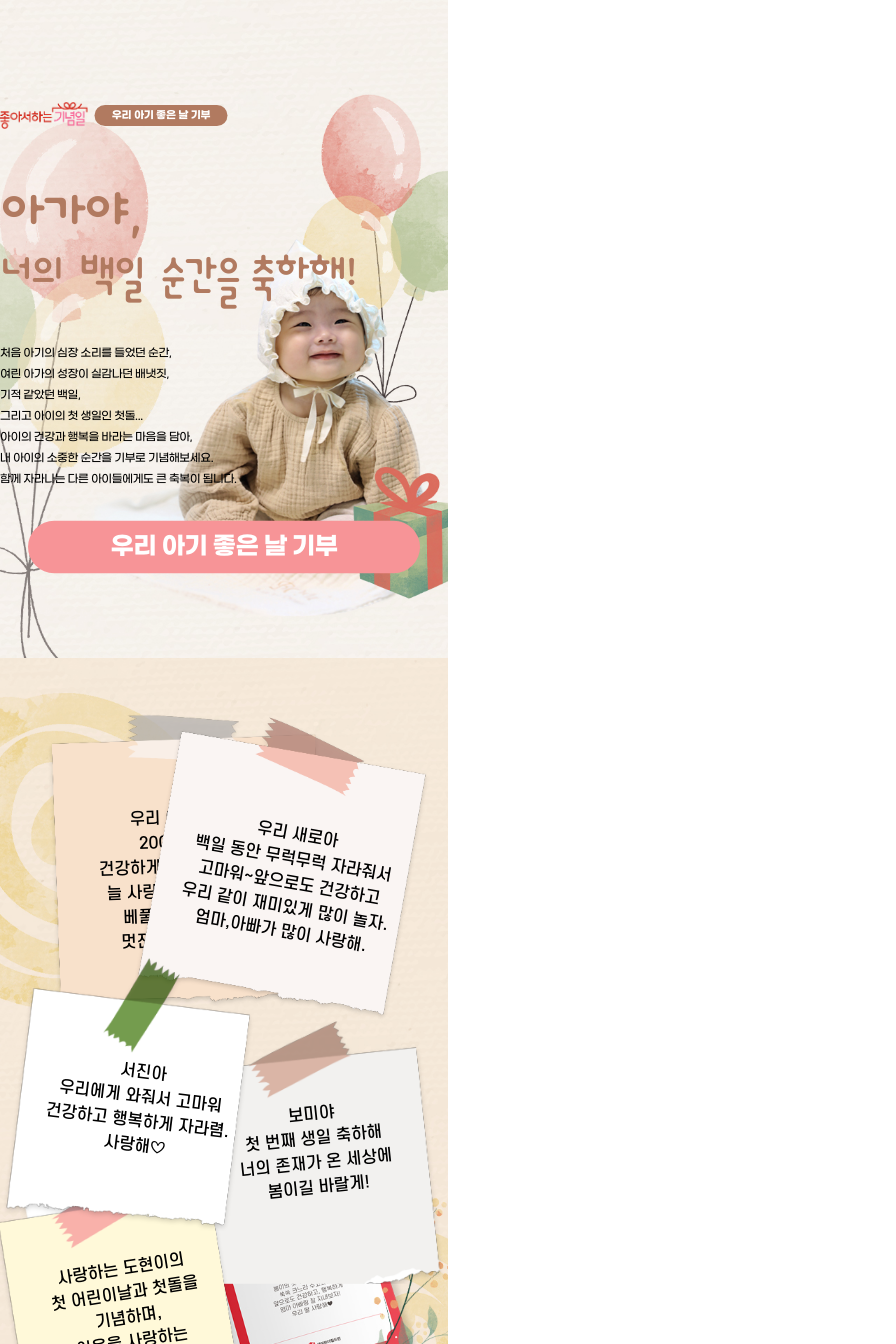
Repository: dlgywls1130/save_children_m
Page: index.html
An editor plug-in stored every save of this project. The page is shown before and after the next save, followed by the edit.
The browser window is 1280 px wide. The pictures show the part of the page from y = 0 to 1920 px (the page is 8198 px tall), at 70% of full size.

Above is the page before, as saved 2023-12-13 18:43:07.

After the next save:
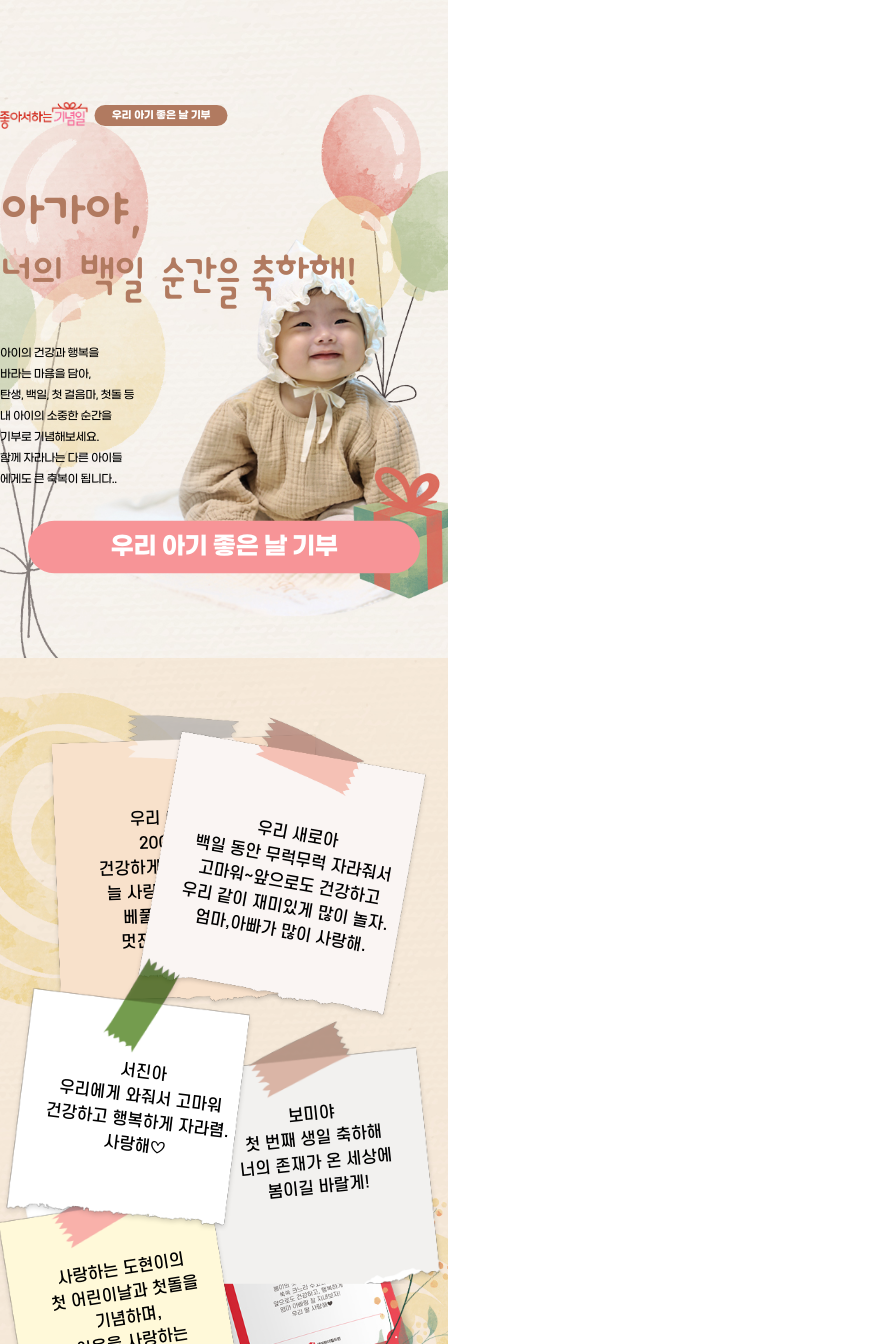
Saved 8 s later.
--- a/index.html
+++ b/index.html
@@ -26,15 +26,13 @@
                     너의 <span id="rollingText">탄생</span> 순간을 축하해!
                 </p>
                 <p class="section_descript mb-45">
-                    처음 아기의 심장 소리를 들었던 순간,
-                    <br>여린 아가의 성장이 실감나던 배냇짓,
-                    <br>기적 같았던 백일,
-                    <br>그리고 아이의 첫 생일인 첫돌...
-                </p>
-                <p class="section_descript">
-                    아이의 건강과 행복을 바라는 마음을 담아,
-                    <br>내 아이의 소중한 순간을 기부로 기념해보세요.
-                    <br>함께 자라나는 다른 아이들에게도 큰 축복이 됩니다.
+                    아이의 건강과 행복을
+                    <br>바라는 마음을 담아,
+                    <br>탄생, 백일, 첫 걸음마, 첫돌 등
+                    <br>내 아이의 소중한 순간을
+                    <br>기부로 기념해보세요.
+                    <br>함께 자라나는 다른 아이들
+                    <br>에게도 큰 축복이 됩니다..
                 </p>
 
                 <a class="donation_link" href="javascript:void(0)">우리 아기 좋은 날 기부</a>
